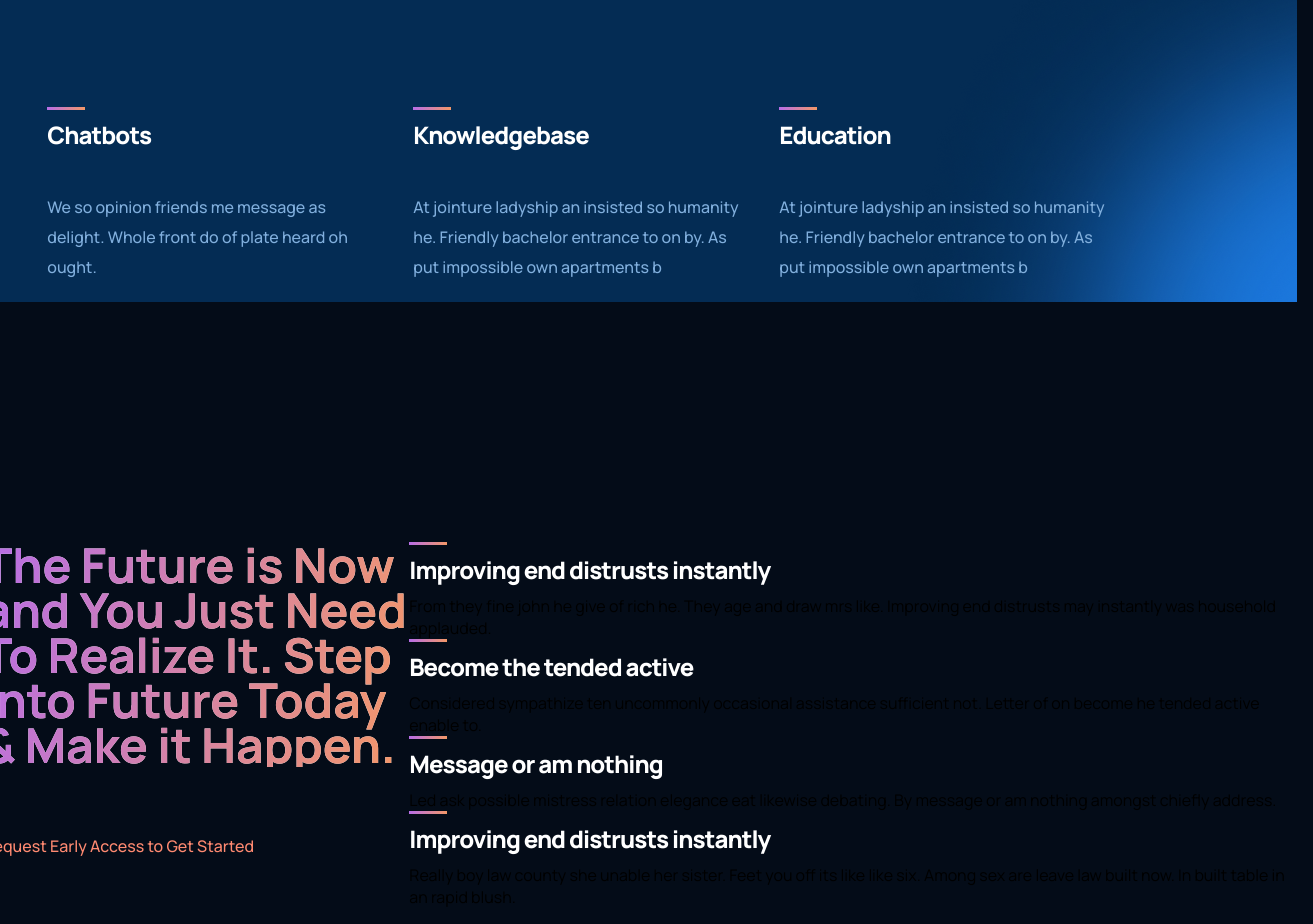
Repository: guilhermecardoso93/lp-gpt3
Page: index.html
These files come from the project's save history. The page is drawn as it stood at one moment and after a run of saves; the edit follows.
The browser window is 1280 px wide. The page is 1313 px wide, so the pictures cover 1313 px, including what lies to the right of the window. The pictures show the part of the page from y = 1320 to 2244 px (the page is 2244 px tall).

Above is the page before, as saved 2022-08-23 21:07:41.

### index.html
<!DOCTYPE html>
<html lang="pt-BR">

  <head>
    <meta charset="UTF-8" />
    <meta http-equiv="X-UA-Compatible" content="IE=edge" />
    <meta name="viewport" content="width=device-width, initial-scale=1.0" />
    <link rel="stylesheet" href="style.css" />
    <title>LP-GPT3</title>
  </head>

  <body>
    <div class="container">
      <header>
        <div class="menu">
          <img src="./assets/logo.svg" alt="logo da LP-GPT3" />
          <nav>
            <ul>
              <li>
                <a href="">Home</a>
              </li>
              <li><a href="">What is GPT-3?</a></li>
              <li><a href="">Open AI</a></li>
              <li><a href="">Case Studies</a></li>
              <li><a href="">Library</a></li>
            </ul>
          </nav>
          <div class="login">
            <a href="#">Sign In</a>
            <button>Sign Up</button>
          </div>
        </div>

      </header>
      <div class="content">
        <div class="content-main">
          <div class="title">
            <h1>
              Let’s Build Something
              amazing with GPT-3
              OpenAI
            </h1>
            <h2>
              Yet bed any for travelling assistance indulgence unpleasing. Not
              thoughts all exercise blessing. Indulgence way everything joy
              alteration boisterous the attachment. Party we years to order
              allow asked of.
            </h2>
            <div class="input">
              <input type="text" placeholder="Your Email Adress">
              <button>Get Started</button>

              <div class="persons">
                <img src="./assets/persons.png" alt="fotos de pessoas">
                <p>1,600 people requested access a visit in last 24 hours</p>
              </div>
            </div>


          </div>
          <div class="image-content">
            <img src="./assets/header-illustration.png" alt="">
          </div>
        </div>
      </div>
      <div class="headerFooter">
        <img src="./assets/google.svg" alt="logo do Google"/>
        <img src="./assets/slack.svg" alt="logo do slack"/>
        <img src="./assets/atlassian.svg" alt="logo do atlassian"/>
        <img src="./assets/dropbox.svg" alt="logo do Dropbox"/>
        <img src="./assets/shopify.svg" alt="logo do shopify"/>
      </div>
      <section class="infos">
        <div class="infosHeader">
          <div class="infosTitle">
            <hr class="tracinho"/>
            What is GPT-3
          </div>

          <span>
            We so opinion friends me message as delight. Whole front do of plate
            heard oh ought. His defective nor convinced residence own.
            Connection has put impossible own apartments boisterous. At jointure
            ladyship an insisted so humanity he. Friendly bachelor entrance to
            on by.
          </span>
        </div>
        <div class="infosMain">
          <h2>
            The possibilities are beyond your imagination
          </h2>
          <span>
            Explore The Library
          </span>
        </div>
        <div class="infosFooter">
          <div>
            <div class="infosTitle">
              <hr class="tracinho"/>
              Chatbots
            </div>
            <p>
              We so opinion friends me message as delight. Whole front do of
              plate heard oh ought.
            </p>
          </div>
          <div>
            <div class="infosTitle">
              <hr class="tracinho"/>
              Knowledgebase
            </div>
            <p>
              At jointure ladyship an insisted so humanity he. Friendly bachelor
              entrance to on by. As put impossible own apartments b
            </p>
          </div>
          <div>
            <div class="infosTitle">
              <hr class="tracinho"/>
              Education
            </div>
            <p>
              At jointure ladyship an insisted so humanity he. Friendly bachelor
              entrance to on by. As put impossible own apartments b
            </p>
          </div>
        </div>
      </section>

      <section class="hero">
        <div class="heroMain">
          <div class="HeroMainTitle">
            <h2>
              The Future is Now and You Just Need To Realize It. Step into
              Future Today & Make it Happen.
            </h2>
          </div>
          <span>
            Request Early Access to Get Started
          </span>
        </div>
        <div>
          <div>
            <div class="infosTitle">
              <hr class="tracinho"/>
              Improving end distrusts instantly
            </div>
            <p>
              From they fine john he give of rich he. They age and draw mrs
              like. Improving end distrusts may instantly was household
              applauded.
            </p>

          </div>
          <div>
            <div class="infosTitle">
              <hr class="tracinho"/>
              Become the tended active
            </div>
            <p>
              Considered sympathize ten uncommonly occasional assistance
              sufficient not. Letter of on become he tended active enable to.
            </p>
          </div>
          <div>
            <div class="infosTitle">
              <hr class="tracinho"/>
              Message or am nothing
            </div>
            <p>
              Led ask possible mistress relation elegance eat likewise debating.
              By message or am nothing amongst chiefly address.
            </p>


          </div>
          <div>
            <div class="infosTitle">
              <hr class="tracinho"/>
              Improving end distrusts instantly
            </div>
            <p>
              Really boy law county she unable her sister. Feet you off its like
              like six. Among sex are leave law built now. In built table in an
              rapid blush.
            </p>
          </div>


        </div>
      </section>
    </div>
  </body>

</html>

### style.css
@import url("https://fonts.googleapis.com/css2?family=Manrope:wght@400;500;700;800&family=Poppins:wght@400;500;700&display=swap");

* {
  margin: 0;
  padding: 0;
  box-sizing: border-box;
}

:root {
  --text-color-links: #fff;
  --color-button: #ff4820;
}

body {
  font-family: "Manrope", sans-serif;

  width: 100%;
  display: flex;
  flex-direction: column;
  align-items: center;
  justify-content: center;

  background-image: url(/assets/blur-background-left.png);
  background-repeat: no-repeat;
  background-position: top left;
  background: #040c18;
  overflow-x: hidden;
}

a {
  text-decoration: none;
  color: var(--text-color-links);
}

ul {
  list-style: none;
  display: flex;
  gap: 54px;
}

.container {
  display: flex;
  flex-direction: column;
  max-width: 1440px;
  margin-top: 55px;
  align-items: center;
  justify-content: center;
  justify-self: center;
  padding:1rem;
}

header {
  display: flex;
  flex-direction: column;
  justify-content: center;
  align-items: center;
  width: 100%;
}

.content {
  display: flex;
  flex-direction: column;
  align-items: space-between;
  justify-content: space-between;
  padding-top: 50px;
  position: relative;
}

.content-main {
  display: flex;
  flex-direction: row;
}

.menu {
  display: flex;
  align-items: center;
  justify-content: space-between;
  width: 100%;
}

.menu nav ul li {
  font-weight: 500;
  font-size: 18px;
  line-height: 25px;
}

.menu nav ul li a:hover {
  border-bottom: 1px solid var(--text-color-links);
}

.menu img {
  padding-right: 69px;
}

.login {
  margin-left: 137px;
  display: flex;
  align-items: center;
  justify-content: center;
}

.login > button {
  margin-left: 26px;
  width: 152px;
  height: 58px;

  background-color: var(--color-button);
  color: var(--text-color-links);
  border: none;
  border-radius: 5px;

  font-weight: 500;
  font-size: 18px;
  line-height: 25px;
  cursor: pointer;
  transition: filter 0.2s;
}

.login > button:hover {
  filter: brightness(0.5);
}

.title {
  display: flex;
  flex-direction: column;
  gap: 2rem;
}

.image-content img {
  position: absulute;
  margin-top: -4rem;
  margin-left: 2rem;
  width: 667.41px;
  height: 701.59px;
}

.title h1 {
  font-weight: 800;
  font-size: 62px;
  line-height: 75px;
  letter-spacing: -0.04em;
  width: 614px;
  height: 225px;

  background: linear-gradient(89.97deg, #ae67fa 1.84%, #f49867 102.67%);
  -webkit-background-clip: text;
  -webkit-text-fill-color: transparent;
  background-clip: text;
  text-fill-color: transparent;
}

.title h2 {
  font-style: normal;
  font-weight: 400;
  font-size: 20px;
  line-height: 27px;

  color: #81afdd;
  width: 554px;
}

.input {
  width: 100%;
  max-width: 630px;
}

.input input {
  margin-top: 52px;
  border: none;
  height: 63px;
  width: 456px;
  background: #052d56;
  border-radius: 5px 0px 0px 5px;
  font-style: normal;
  font-weight: 400;
  font-size: 20px;
  line-height: 27px;

  color: #3d6184;
  padding-left: 2rem;
  outline: none;
}

.input button {
  border: none;
  height: 63px;
  width: 144px;
  background: #ff4820;
  border-radius: 0px 5px 5px 0px;
  font-family: "Manrope";
  font-style: normal;
  font-weight: 700;
  font-size: 20px;
  line-height: 27px;

  color: #ffffff;
}

.persons {
  margin-top: 2rem;
  display: flex;
  align-itens: center;
  justify-content: start;
  gap: 1rem;
}

.persons img {
  width: 181.79px;
  height: 38px;
}

.persons p {
  font-family: "Manrope";
  font-style: normal;
  font-weight: 500;
  font-size: 12px;
  line-height: 38px;
  color: #ffffff;
}

.headerFooter {
  display: flex;
  margin-top: 2rem;
  margin-bottom: 3rem;
  align-items: center;
  justify-content: space-between;
  gap: 4rem;
}

.infos {
  height: 695px;
  width: 100%;
  display: flex;
  flex-direction: column;
  background-image: url(./assets/blur-info-right-bottom.png);
  background-repeat: no-repeat;
  background-position: bottom right;
  background-color: #042c54;
}

.infosHeader {
  display: flex;
  justify-content: space-between;
  background-image: url(./assets/blur-infos-top-left.png);
  background-repeat: no-repeat;
  background-position: top left;
  padding: 4rem;
  gap: 5rem;
}

.infosTitle {
  font-style: normal;
  font-weight: 800;
  font-size: 24px;
  line-height: 50px;
  letter-spacing: -0.04em;
  color: #ffffff;
}

.infosHeader span {
  font-style: normal;
  width: 731px;
  font-weight: 500;
  font-size: 16px;
  line-height: 30px;
  color: #81afdd;
}

.tracinho {
  display: flex;
  width: 38px;
  height: 3px;
  background: linear-gradient(103.22deg, #ae67fa -13.86%, #f49867 99.55%),
    #ffffff;
  border: 0;
}

.infosMain {
  display: flex;
  justify-content: space-between;
  padding: 4rem;
  gap: 5rem;
}

.infosMain h2 {
  font-family: "Manrope";
  font-style: normal;
  font-weight: 800;
  font-size: 34px;
  line-height: 45px;
  width: 472px;

  background: linear-gradient(103.22deg, #ae67fa -13.86%, #f49867 99.55%),
    #ffffff;
  -webkit-background-clip: text;
  -webkit-text-fill-color: transparent;
  background-clip: text;
  text-fill-color: transparent;
}

.infosMain span, .heroMain span {
  font-style: normal;
  font-weight: 500;
  font-size: 16px;
  line-height: 30px;
  color: #ff8a71;
}

.infosFooter {
  display: flex;
  padding: 4rem;
  gap: 2rem;
}

.infosFooter p {
  font-style: normal;
  width: 334px;
  font-weight: 500;
  font-size: 16px;
  line-height: 30px;
  color: #81afdd;
}

.infosFooter .infosTitle {
  margin-bottom: 2rem;
}

.hero {
  display: flex;
  margin-top: 15rem;
}

.heroMain {
  display: flex;
  flex-direction: column;
  gap: 4rem;
}

.HeroMainTitle {
  font-style: normal;
  font-weight: 800;
  font-size: 32px;
  line-height: 45px;
  width: 426px;

  background: linear-gradient(103.22deg, #ae67fa -13.86%, #f49867 99.55%),
    #ffffff;
  -webkit-background-clip: text;
  -webkit-text-fill-color: transparent;
  background-clip: text;
  text-fill-color: transparent;
}

### assets/logo.svg
<svg width="64" height="17" viewBox="0 0 64 17" fill="none" xmlns="http://www.w3.org/2000/svg">
<path d="M16.5659 7.41999V8.73999C16.5659 11.0427 15.8472 12.8833 14.4099 14.262C12.9872 15.626 11.1759 16.308 8.97591 16.308C6.58525 16.308 4.59791 15.538 3.01391 13.998C1.44458 12.458 0.659912 10.566 0.659912 8.32199C0.659912 6.07799 1.43725 4.17866 2.99191 2.62399C4.56125 1.06933 6.47525 0.291992 8.73391 0.291992C10.1712 0.291992 11.4839 0.614659 12.6719 1.25999C13.8746 1.90533 14.8059 2.75599 15.4659 3.81199L12.4739 5.52799C12.1366 4.99999 11.6306 4.56733 10.9559 4.22999C10.2959 3.89266 9.54791 3.72399 8.71191 3.72399C7.40658 3.72399 6.32125 4.15666 5.45591 5.02199C4.60525 5.88733 4.17991 6.99466 4.17991 8.34399C4.17991 9.67866 4.61991 10.7713 5.49991 11.622C6.37991 12.458 7.55325 12.876 9.01991 12.876C11.0586 12.876 12.3712 12.084 12.9579 10.5H8.84391V7.41999H16.5659Z" fill="white"/>
<path d="M24.3804 0.599992C25.891 0.599992 27.167 1.11333 28.2084 2.13999C29.2497 3.16666 29.7704 4.41333 29.7704 5.87999C29.7704 7.34666 29.2497 8.59333 28.2084 9.61999C27.167 10.6467 25.891 11.16 24.3804 11.16H22.0704V16H18.5504V0.599992H24.3804ZM24.3804 7.85999C24.923 7.85999 25.3704 7.66933 25.7224 7.28799C26.0744 6.90666 26.2504 6.43733 26.2504 5.87999C26.2504 5.32266 26.0744 4.85333 25.7224 4.47199C25.3704 4.09066 24.923 3.89999 24.3804 3.89999H22.0704V7.85999H24.3804Z" fill="white"/>
<path d="M41.6521 0.599992V3.98799H37.6921V16H34.1721V3.98799H30.2121V0.599992H41.6521Z" fill="white"/>
<path d="M42.0973 11.006V7.83799H50.4573V11.006H42.0973Z" fill="white"/>
<path d="M59.9393 6.84799C60.9219 7.18533 61.7139 7.73533 62.3153 8.49799C62.9166 9.24599 63.2173 10.1333 63.2173 11.16C63.2173 12.7733 62.6746 14.0347 61.5893 14.944C60.5039 15.8533 59.1766 16.308 57.6073 16.308C56.3899 16.308 55.2973 16.0293 54.3293 15.472C53.3759 14.9147 52.6719 14.0933 52.2173 13.008L55.2533 11.248C55.6346 12.3333 56.4193 12.876 57.6073 12.876C58.2966 12.876 58.8173 12.7147 59.1693 12.392C59.5213 12.0693 59.6973 11.6587 59.6973 11.16C59.6973 10.6613 59.5213 10.2507 59.1693 9.92799C58.8173 9.60533 58.2966 9.44399 57.6073 9.44399H56.8813L55.5393 7.44199L58.3333 3.89999H52.7013V0.599992H62.6013V3.45999L59.9393 6.84799Z" fill="white"/>
</svg>

### assets/google.svg
<svg width="72" height="25" viewBox="0 0 72 25" fill="none" xmlns="http://www.w3.org/2000/svg" xmlns:xlink="http://www.w3.org/1999/xlink">
<rect width="71.1003" height="24.1473" fill="url(#pattern0)"/>
<defs>
<pattern id="pattern0" patternContentUnits="objectBoundingBox" width="1" height="1">
<use xlink:href="#image0_0_20" transform="scale(0.00943396 0.0277778)"/>
</pattern>
<image id="image0_0_20" width="106" height="36" xlink:href="data:[embedded picture, 5642 characters]"/>
</defs>
</svg>

### assets/slack.svg
<svg width="97" height="25" viewBox="0 0 97 25" fill="none" xmlns="http://www.w3.org/2000/svg" xmlns:xlink="http://www.w3.org/1999/xlink">
<rect x="0.58374" width="95.8345" height="24.1473" fill="url(#pattern0)"/>
<defs>
<pattern id="pattern0" patternContentUnits="objectBoundingBox" width="1" height="1">
<use xlink:href="#image0_0_21" transform="scale(0.00787402 0.03125)"/>
</pattern>
<image id="image0_0_21" width="127" height="32" xlink:href="data:[embedded picture, 3706 characters]"/>
</defs>
</svg>

### assets/atlassian.svg
<svg width="114" height="25" viewBox="0 0 114 25" fill="none" xmlns="http://www.w3.org/2000/svg" xmlns:xlink="http://www.w3.org/1999/xlink">
<rect x="0.901855" width="112.436" height="24.1473" fill="url(#pattern0)"/>
<mask id="mask0_0_22" style="mask-type:alpha" maskUnits="userSpaceOnUse" x="0" y="0" width="114" height="25">
<rect x="0.901855" width="112.436" height="24.1473" fill="url(#pattern1)"/>
</mask>
<g mask="url(#mask0_0_22)">
<rect x="0.901855" width="112.436" height="24.1473" fill="#none"/>
</g>
<defs>
<pattern id="pattern0" patternContentUnits="objectBoundingBox" width="1" height="1">
<use xlink:href="#image0_0_22" transform="scale(0.00671141 0.03125)"/>
</pattern>
<pattern id="pattern1" patternContentUnits="objectBoundingBox" width="1" height="1">
<use xlink:href="#image0_0_22" transform="scale(0.00671141 0.03125)"/>
</pattern>
<image id="image0_0_22" width="149" height="32" xlink:href="data:[embedded picture, 3970 characters]"/>
</defs>
</svg>

### assets/dropbox.svg
<svg width="122" height="25" viewBox="0 0 122 25" fill="none" xmlns="http://www.w3.org/2000/svg" xmlns:xlink="http://www.w3.org/1999/xlink">
<rect x="0.820801" width="120.736" height="24.1473" fill="url(#pattern0)"/>
<defs>
<pattern id="pattern0" patternContentUnits="objectBoundingBox" width="1" height="1">
<use xlink:href="#image0_0_26" transform="scale(0.00625 0.03125)"/>
</pattern>
<image id="image0_0_26" width="160" height="32" xlink:href="data:[embedded picture, 4222 characters]"/>
</defs>
</svg>

### assets/shopify.svg
<svg width="85" height="25" viewBox="0 0 85 25" fill="none" xmlns="http://www.w3.org/2000/svg" xmlns:xlink="http://www.w3.org/1999/xlink">
<rect x="0.0407715" width="84.5154" height="24.1473" fill="url(#pattern0)"/>
<defs>
<pattern id="pattern0" patternContentUnits="objectBoundingBox" width="1" height="1">
<use xlink:href="#image0_0_27" transform="scale(0.00892857 0.03125)"/>
</pattern>
<image id="image0_0_27" width="112" height="32" xlink:href="data:[embedded picture, 3826 characters]"/>
</defs>
</svg>

After the next 2 saves:
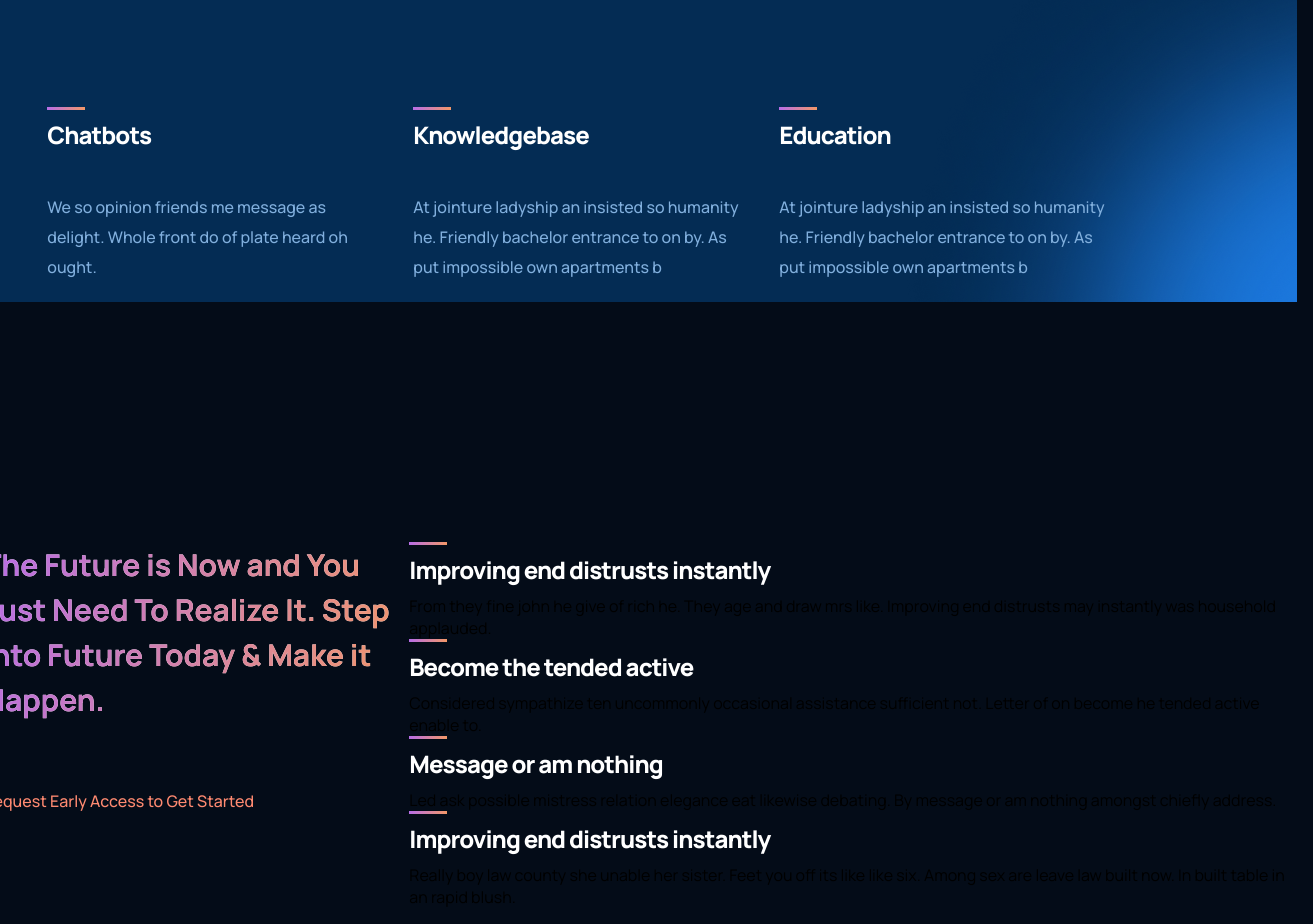
The 2 saves are shown as one change because they came seconds apart.
The last was saved 7 s later.
--- a/style.css
+++ b/style.css
@@ -339,7 +339,7 @@
 .HeroMainTitle {
   font-style: normal;
   font-weight: 800;
-  font-size: 32px;
+  font-size: 20px;
   line-height: 45px;
   width: 426px;
 
